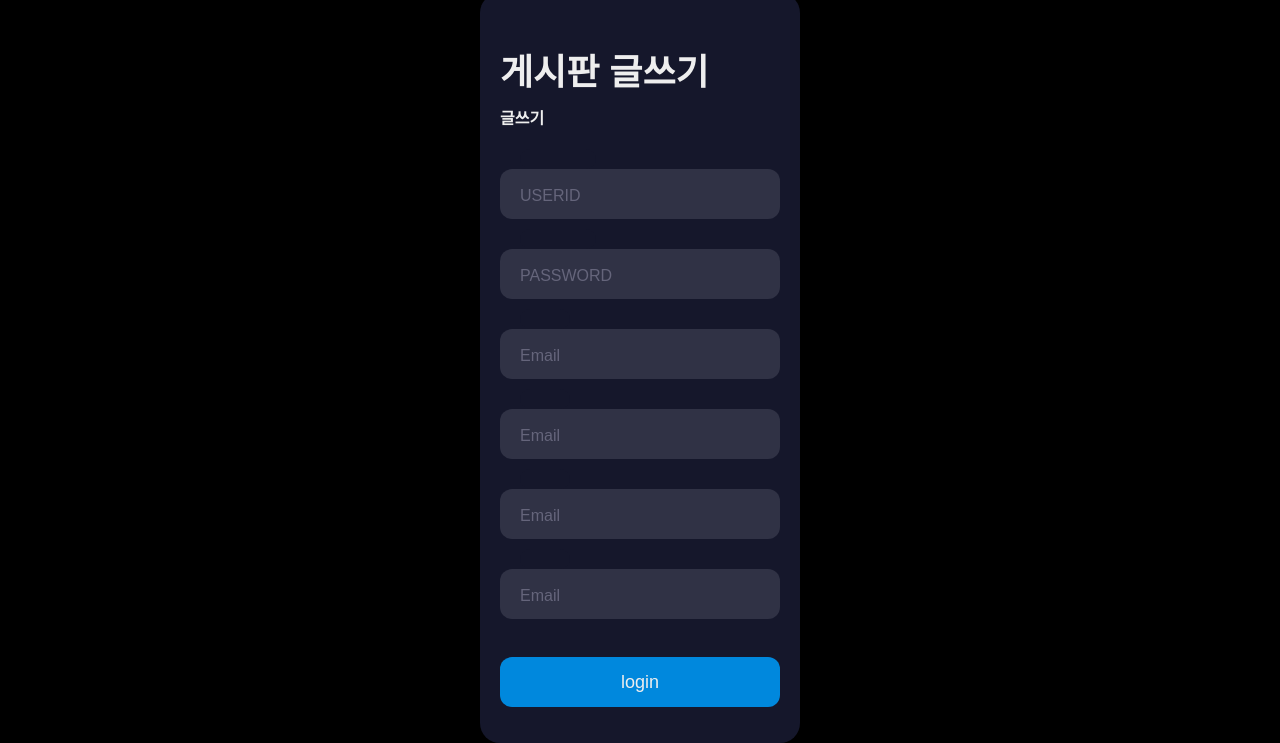
Repository: uhhuhhmm/JSP-Servlet-Class
Page: http://localhost/web03/boardForm304.jsp
The author's editor kept a copy of each file at every save. The page is drawn from the files as they stood at one save, then again after the next save.
The browser window is 1280 px wide. The pictures show the whole page.
The page is served by Tomcat 9. Other server files are loaded and not shown.

Above is the page before, as saved 2022-07-15 02:10:42.

### web03/WebContent/boardForm304.jsp
<%@ page language="java" contentType="text/html; charset=UTF-8"
    pageEncoding="UTF-8"%>
    <%
	request.setCharacterEncoding("UTF-8");
%>
<jsp:useBean id="member" class="com.j.javabeans.MemberBean"></jsp:useBean>
<jsp:setProperty property="*" name="member"/>
<!DOCTYPE html>
<html>
<head>
<meta charset="UTF-8">
<title>Login</title>
<style type="text/css">
body {
  align-items: center;
  background-color: #000;
  display: flex;
  justify-content: center;
  height: 100vh;
}

.form {
  background-color: #15172b;
  border-radius: 20px;
  box-sizing: border-box;
  height: 750px;
  padding: 20px;
  width: 320px;
}

.title {
  color: #eee;
  font-family: sans-serif;
  font-size: 36px;
  font-weight: 600;
  margin-top: 30px;
}

.subtitle {
  color: #eee;
  font-family: sans-serif;
  font-size: 16px;
  font-weight: 600;
  margin-top: 10px;
  align-text: center;
}

.input-container {
  height: 50px;
  position: relative;
  width: 100%;
}

.ic1 {
  margin-top: 40px;
}

.ic2 {
  margin-top: 30px;
}

.input {
  background-color: #303245;
  border-radius: 12px;
  border: 0;
  box-sizing: border-box;
  color: #eee;
  font-size: 18px;
  height: 100%;
  outline: 0;
  padding: 4px 20px 0;
  width: 100%;
}

.cut {
  background-color: #15172b;
  border-radius: 10px;
  height: 20px;
  left: 20px;
  position: absolute;
  top: -20px;
  transform: translateY(0);
  transition: transform 200ms;
  width: 76px;
}

.cut-short {
  width: 50px;
}

.input:focus ~ .cut,
.input:not(:placeholder-shown) ~ .cut {
  transform: translateY(8px);
}

.placeholder {
  color: #65657b;
  font-family: sans-serif;
  left: 20px;
  line-height: 14px;
  pointer-events: none;
  position: absolute;
  transform-origin: 0 50%;
  transition: transform 200ms, color 200ms;
  top: 20px;
}

.input:focus ~ .placeholder,
.input:not(:placeholder-shown) ~ .placeholder {
  transform: translateY(-30px) translateX(6px) scale(0.75);
}

.input:not(:placeholder-shown) ~ .placeholder {
  color: #808097;
}

.input:focus ~ .placeholder {
  color: #dc2f55;
}

.submit {
  background-color: #08d;
  border-radius: 12px;
  border: 0;
  box-sizing: border-box;
  color: #eee;
  cursor: pointer;
  font-size: 18px;
  height: 50px;
  margin-top: 38px;
  // outline: 0;
  text-align: center;
  width: 100%;
}

.submit:active {
  background-color: #06b;
}
</style>
</head>
<body>
<form method="post" action="addMember298.jsp">
<div class="form">
      <div class="title">게시판 글쓰기</div>
      <div class="subtitle">글쓰기</div>
      <div class="input-container ic1">
        <input id="userid" name="id" class="input" type="text" placeholder=" " />
        <div class="cut"></div>
        <label for="userid" class="placeholder">USERID</label>
      </div>
      <div class="input-container ic2">
        <input id="userpwd" name="pwd" class="input" type="text" placeholder=" " />
        <div class="cut"></div>
        <label for="userpwd" class="placeholder">PASSWORD</label>
      </div>
      <div class="input-container ic2">
        <input id="email" class="input" type="text" placeholder=" " />
        <div class="cut cut-short"></div>
        <label for="email" class="placeholder">Email</>
      </div>
      <div class="input-container ic2">
        <input id="email" class="input" type="text" placeholder=" " />
        <div class="cut cut-short"></div>
        <label for="email" class="placeholder">Email</>
      </div>
      <div class="input-container ic2">
        <input id="email" class="input" type="text" placeholder=" " />
        <div class="cut cut-short"></div>
        <label for="email" class="placeholder">Email</>
      </div>
      <div class="input-container ic2">
        <input id="email" class="input" type="text" placeholder=" " />
        <div class="cut cut-short"></div>
        <label for="email" class="placeholder">Email</>
      </div>
      <button type="submit" class="submit" value="로그인">login</button>
    </div>
</form>

<!-- 	<form method="post" action="testLogin261.jsp"> -->

<!-- 		<label for="userid"> 아이디 : </label> -->
<!-- 		<input type="text" name="id" id="userid"><br> -->

<!-- 		<label for="userpwd"> 암 &nbsp; 호 : </label> -->
<!-- 		<input type="password" name="pwd" id="userpwd"><br> -->

<!-- 		<input type="submit" value="로그인"> -->

<!-- 	</form> -->
</body>
</html>

### web03/src/com/j/javabeans/MemberBean.java
package com.j.javabeans;

import lombok.Getter;
import lombok.Setter;

@Getter
@Setter
public class MemberBean {
	private String name;
	private String userid;
	private String nickname;
	private String pwd;
	private String email;
	private String phone;


}

After the next save:
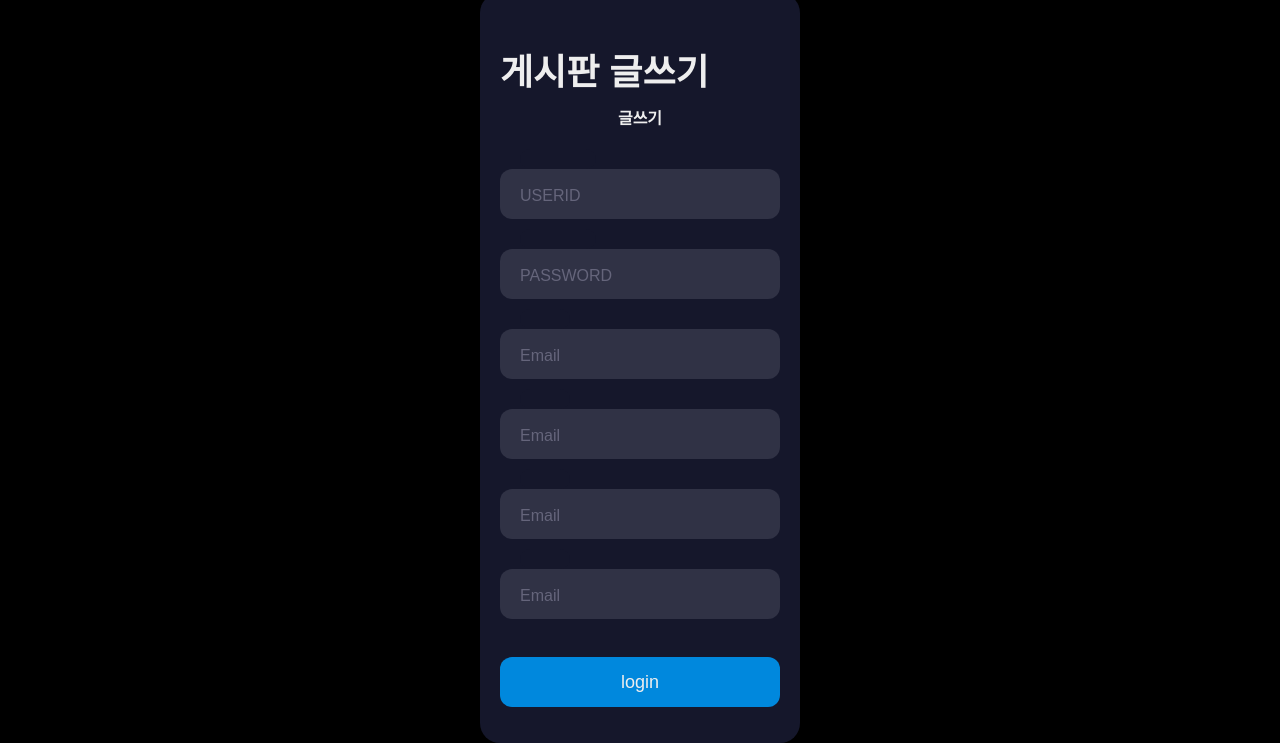
Saved 66 s later.
--- a/web03/WebContent/boardForm304.jsp
+++ b/web03/WebContent/boardForm304.jsp
@@ -42,7 +42,7 @@ body {
   font-size: 16px;
   font-weight: 600;
   margin-top: 10px;
-  align-text: center;
+  text-align: center;
 }
 
 .input-container {
